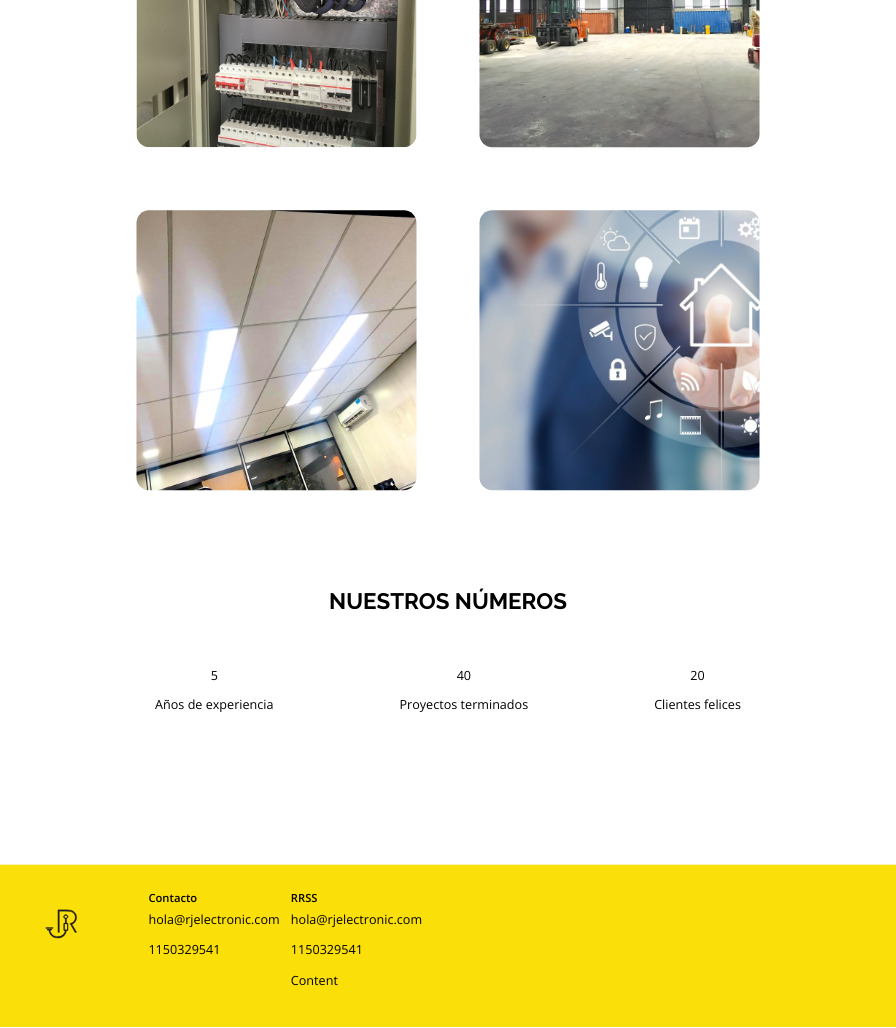
Repository: jeraldinnemg/rjelectronics
Page: index.html
An editor plug-in stored every save of this project. The page is shown before and after the next save, followed by the edit.
The browser window is 1280 px wide. The pictures show the part of the page from y = 1415 to 3335 px (the page is 2883 px tall before and 3335 px after), at 70% of full size.
Some web libraries are served in a nearby version.

Above is the page before, as saved 2022-07-27 21:56:22.

After the next save:
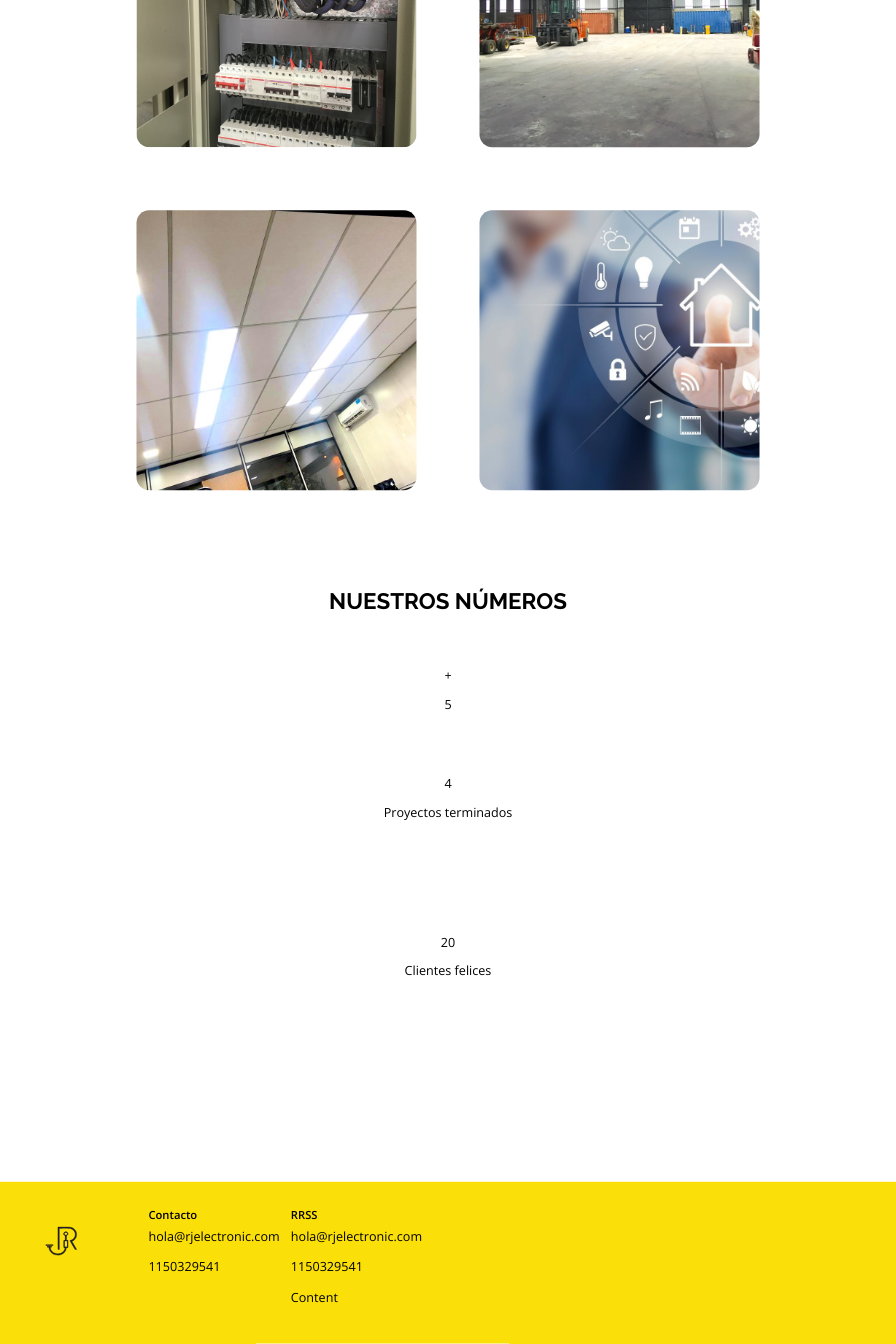
Saved 26 s later.
--- a/index.html
+++ b/index.html
@@ -138,15 +138,15 @@
             <h2 class="ff-serif fs-600 uppercase">Nuestros números</h2>
             <div class="container" >
             <div class="static flex">
-                <span class="counter" data-target="5">+</span>
+                <span>+</span><div class="counter" data-target="5"></span>
                 <p>Años de experiencia</p>
             </div>
             <div class="static flex">
-                <span class="counter" data-target="40">+</span>
+                <span class="counter" data-target="4"></span>
                 <p>Proyectos terminados</p>
             </div>
             <div class="static flex">
-                <span class="counter" data-target="20">+</span>
+                <span class="counter" data-target="20"></span>
                 <p>Clientes felices</p>
             </div>
         </div>
